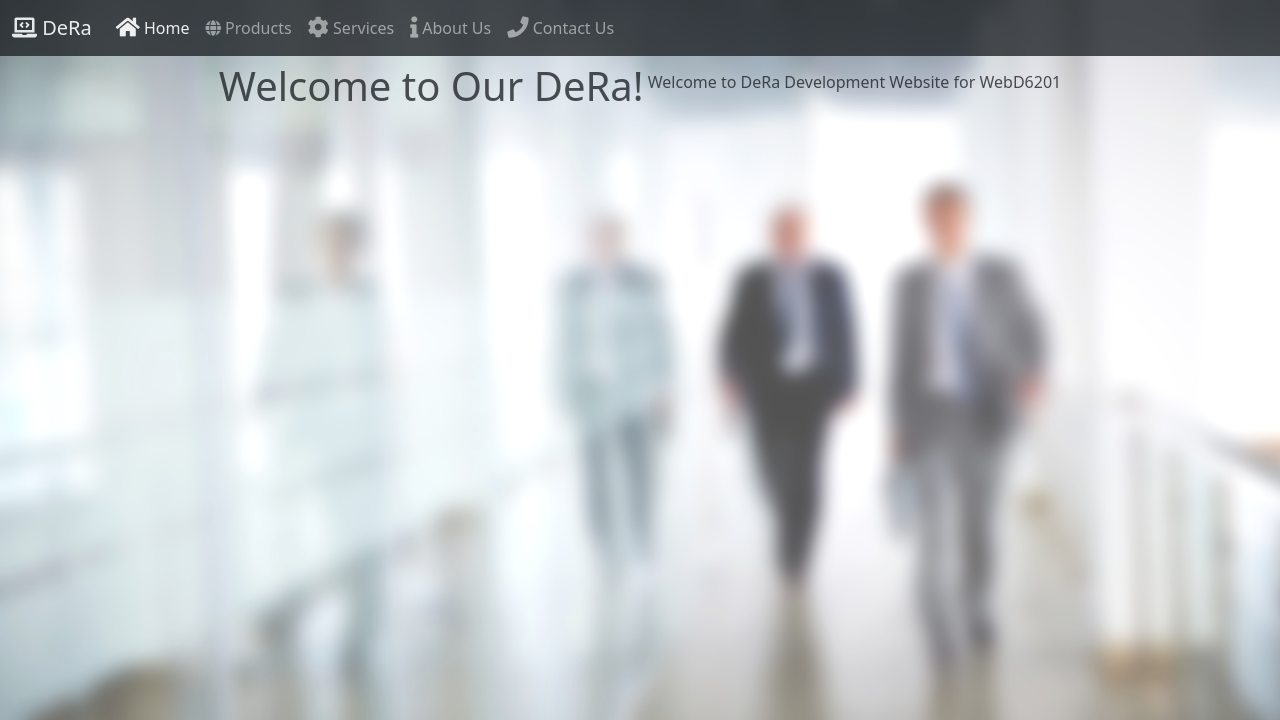
Repository: deividwsantoss/web6201-Lab1
Page: index.html
These files come from the project's save history. The page is drawn as it stood at one moment and after the next save; the edit follows.
The browser window is 1280 px wide. The pictures show the whole page.

Above is the page before, as saved 2021-02-02 23:09:54.

### index.html
<!DOCTYPE html>
<html lang="en">
<head>
    <meta charset="UTF-8">
    <meta name="viewport" content="width=device-width, initial-scale=1.0">
    <title>Home</title>
</head>
<!-- CSS SECTION-->
<link rel="stylesheet" href="./node_modules/bootstrap/dist/css/bootstrap.min.css">
<link rel="stylesheet" href="./node_modules/@fortawesome/fontawesome-free/css/all.min.css">
<link rel="stylesheet" href="./Content/app.css">

<body class="bg">
    <!-- Main Header-->
    <header>
        <!-- Main Navegation-->
        <nav class="navbar navbar-expand-lg navbar-dark bg-dark">
            <div class="container-fluid">
              <a class="navbar-brand" href="Index.html"><i class="fas fa-laptop-code"></i> DeRa</a>
              <button class="navbar-toggler" type="button" data-bs-toggle="collapse" data-bs-target="#navbarSupportedContent" aria-controls="navbarSupportedContent" aria-expanded="false" aria-label="Toggle navigation">
                <span class="navbar-toggler-icon"></span>
              </button>
              <div class="collapse navbar-collapse" id="navbarSupportedContent">
                <ul class="navbar-nav ml-auto mb-2 mb-lg-0">
                  <li class="nav-item">
                    <a class="nav-link active" aria-current="page" href="Index.html"><i class="fas fa-home fa-lg"></i> Home</a>
                  </li>
                  <li class="nav-item">
                    <a class="nav-link" aria-current="page" href="products.html"><i class="fas fa-globe"></i> Products</a>
                  </li>
                  <li class="nav-item">
                    <a class="nav-link" aria-current="page" href="services.html"><i class="fas fa-cog fa-lg"></i> Services</a>
                  </li>
                  <li class="nav-item">
                    <a class="nav-link" aria-current="page" href="about.html"><i class="fas fa-info fa-lg"></i> About Us</a>
                  </li>
                  <li class="nav-item">
                    <a class="nav-link" aria-current="page" href="contact.html"><i class="fas fa-phone fa-lg"></i> Contact Us</a>
                  </li>

                </ul>

              </div>
            </div>
          </nav>

    </header>

    <!-- Main Content-->
        <main class="container">
            <div class="text-md-center">
          <span class="align-bottom">
            <h1 > Welcome to Our DeRa! </h1>
            <p id="paragraphOne"> </p>
          </span>
        </div>
        </main>

    <!--- Script Section-->
    <script src="./node_modules/bootstrap/dist/js/bootstrap.bundle.min.js"></script>
    <script src="./node_modules/jquery/dist/jquery.min.js"></script>
    <script src="./Scripts/app.js"></script>
</body>

</html>

### Content/app.css
/* Custom CSS goes here */
body,html{
    height: 100%;
    margin: 0;
}
.bg{
    background-image: url("Background-White.jpg");
    background-repeat: no-repeat;
    background-size: cover;
    background-position: center;
    opacity: 0.8;
}

.contactimage{
    background-image:url("contactimg.jpg");
    background-repeat: no-repeat;
    background-size: cover;
    background-position: center;
    opacity: 0.8;
}
.productsbg {
    background-image:url("productsbg.jpg");
    background-repeat: no-repeat;
    background-size: cover;
    background-position: center;
    opacity: 0.8;
}

.servicesbackgroud{
    background-image:url("services.jpg");
    background-repeat: no-repeat;
    background-size: cover;
    background-position: center;
    opacity: 0.8;
}
.aboutus{
    background-image:url("bgimage.jpg");
    background-repeat: no-repeat;
    background-size: cover;
    background-position: center;
    opacity: 0.8;
}

h1,p{
    line-height: 1.5;
    display: inline-block;
    vertical-align: middle;
}

### Scripts/app.js
/* Custom JavaScript goes here */


"use strict";

(function(){

    function displayHome(){
        let paragraphOneText = "Welcome to DeRa Development Website for WebD6201";
        let paragraphOneElement = document.getElementById("paragraphOne");

        paragraphOneElement.textContent = paragraphOneText;
    }
    function displayAbout(){

    }
    function displayProducts(){

    }
    function displayServices(){

    }
    function displayContact(){

        let messageArea = document.getElementById("messageArea");
        messageArea.hidden = true;

        //Form Validation...

        let fullName = document.getElementById("fullName");
        fullName.addEventListener("blur", function(){
            if(fullName.value.length < 2){
                fullName.focus;
                fullName.select();
                messageArea.hidden = false;
                messageArea.className = "alert alert-danger";
                messageArea.textContent = "Please, Enter an appropriate name."
            }
            else{
                messageArea.removeAttribute("Class");
                messageArea.hidden = true;
            }
        });

        let sendButton = document.getElementById("sendButton");
        sendButton.addEventListener("click", function(event){
            event.preventDefault();
        });
        //validating email
        let emailAddress = document.getElementById("emailAddress");
        let pattern = /^[^]+@[^]+\.[A-Z]{2,3}$/;

        if(emailAddress.matches(pattern)){

            messageArea.removeAttribute("Class");
            messageArea.hidden = true;
        }
        else{
            emailAddress.focus;
            emailAddress.select();
            messageArea.hidden = false;
            messageArea.className = "alert alert-danger";
            messageArea.textContent = "Please, Insert a valid email"

        }




    }


    function Start(){
        console.log("App Start...");

        switch (document.title) {

            case 'Home':
                displayHome();
                break;
            case 'About':
                displayAbout();
                break;
            case 'Products':
                displayProducts();
                break;
            case 'Services':
                displayServices();
                break;
            case 'Contact':
                displayContact();
                break;

        }
        displayHome();

    }
    window.addEventListener("load",Start);

})();

Loaded but not shown: node_modules/bootstrap/dist/css/bootstrap.min.css (library); node_modules/@fortawesome/fontawesome-free/css/all.min.css (library); node_modules/bootstrap/dist/js/bootstrap.bundle.min.js (library); node_modules/jquery/dist/jquery.min.js (library)

After the next save:
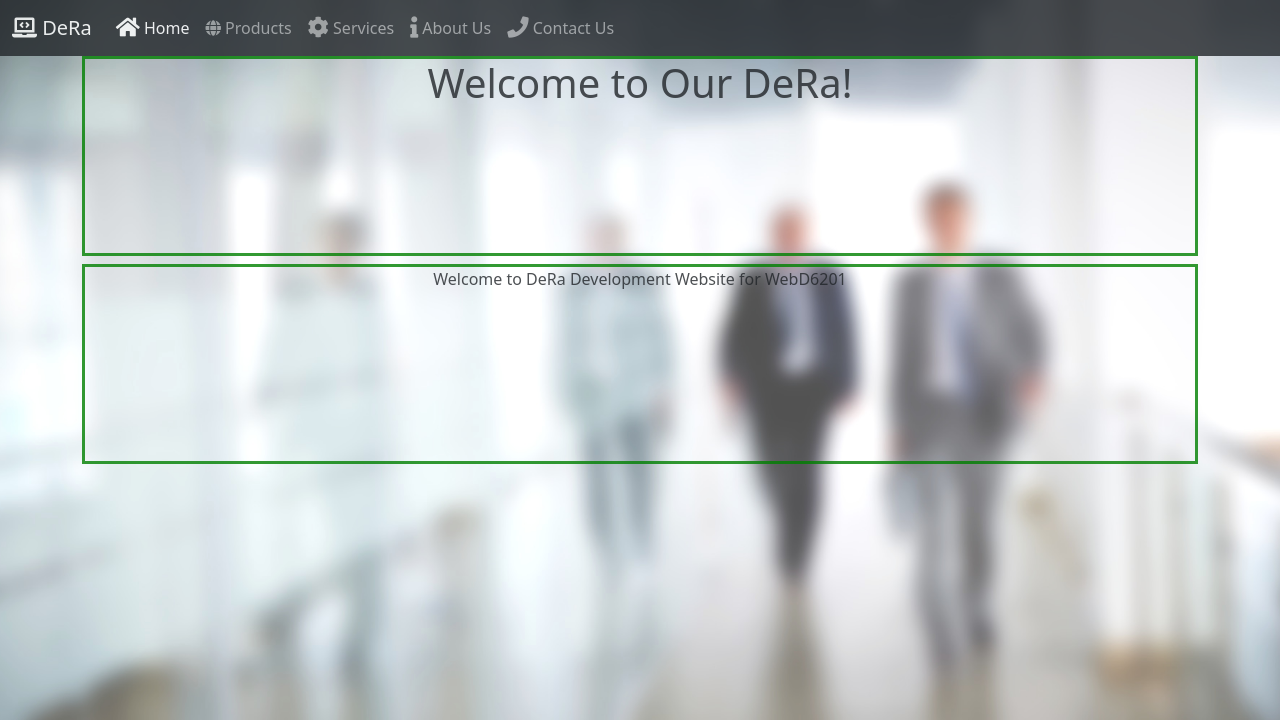
Saved 29 s later.
--- a/Content/app.css
+++ b/Content/app.css
@@ -42,7 +42,7 @@ body,html{
 }
 
 h1,p{
-    line-height: 1.5;
-    display: inline-block;
-    vertical-align: middle;
+    height: 200px;
+    position: relative;
+    border: 3px solid green;
 }
